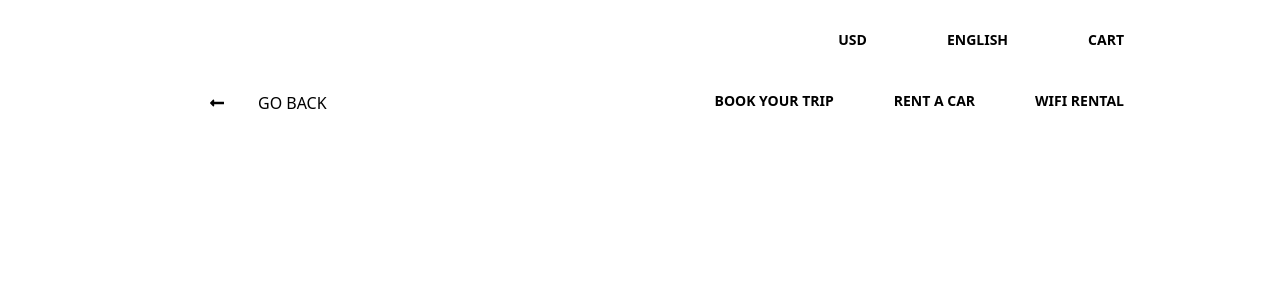
Repository: uh-sman/Iceland
Page: /
The author's editor kept a copy of each file at every save. The page is drawn from the files as they stood at one save, then again after the next save.
The browser window is 1280 px wide. The pictures show the whole page.
The project was rebuilt for these pictures with package versions that can differ from the ones it lists, and the page was loaded fresh each time.

Above is the page before, as saved 2022-09-08 21:11:49.

### src/App.js
import logo from "./logo.svg";
import "./App.css";
import { Topnav } from "./components/Topnav";
import { FullNav } from "./components/FullNav";

function App() {
  return (
    <div className="App">
      <FullNav />
    </div>
  );
}

export default App;

### src/components/Topnav.js
import React from "react";

export const Topnav = () => {
  return (
    <div className="container w-full py-[30px]">
      <nav className="absolute right-[156px]">
        <ul className="space-x-20 text-sm font-semibold">
          <a href="">USD</a>
          <a href="">ENGLISH</a>
          <a href="">CART</a>
        </ul>
      </nav>
    </div>
  );
};

### src/components/FullNav.jsx
import React from "react";
import { Bottomnav } from "./Bottomnav";
import { Topnav } from "./Topnav";

export const FullNav = () => {
  return (
    <div>
      <Topnav />
      <Bottomnav />
    </div>
  );
};

### src/components/Bottomnav.js
import React from "react";
import { FaLongArrowAltLeft } from "react-icons/fa";
export const Bottomnav = () => {
  return (
    <nav className="container w-full">
      <div className="py-[31px]">
        <div className="container">
          <h1 className="flex items-center gap-4 absolute left-[192px]">
            <FaLongArrowAltLeft className="w-[50px]" />
            <a className=" cursor-pointer font-light text-md">GO BACK</a>
          </h1>
        </div>
        <div className="container">
          <div className="absolute right-[156px]">
            <ul className="space-x-[60px] text-sm font-semibold cursor-pointer">
              <a>BOOK YOUR TRIP</a>
              <a>RENT A CAR</a>
              <a>WIFI RENTAL</a>
            </ul>
          </div>
        </div>
      </div>
    </nav>
  );
};

### tailwind.config.js
/** @type {import('tailwindcss').Config} */
module.exports = {
  content: ["./src/**/*.{html,js,jsx}"],
  theme: {
    screens: {
      sm: "480px",
      md: "768px",
      lg: "976px",
      xl: "1440px",
    },
    extend: {},
  },
  plugins: [],
};

Loaded but not shown: public/index.html (common file); src/index.js (common file); src/index.css (common file); src/App.css (common file)

After the next save:
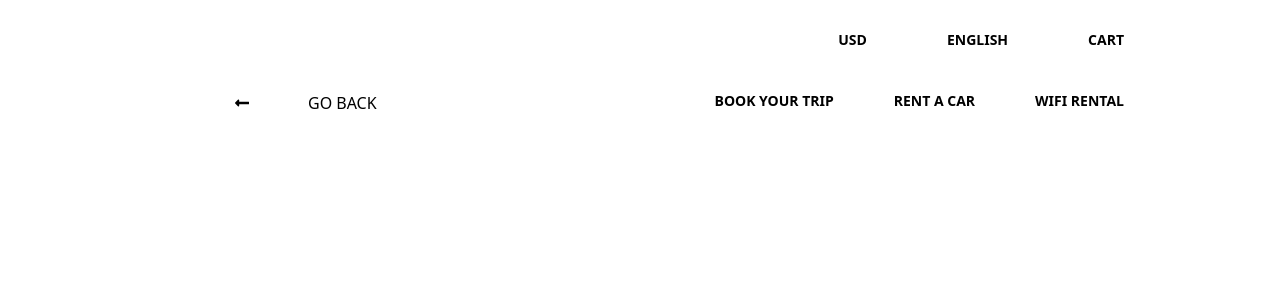
Saved 12 s later.
--- a/src/components/Bottomnav.js
+++ b/src/components/Bottomnav.js
@@ -6,7 +6,7 @@ export const Bottomnav = () => {
       <div className="py-[31px]">
         <div className="container">
           <h1 className="flex items-center gap-4 absolute left-[192px]">
-            <FaLongArrowAltLeft className="w-[50px]" />
+            <FaLongArrowAltLeft className="w-[100px]" />
             <a className=" cursor-pointer font-light text-md">GO BACK</a>
           </h1>
         </div>
